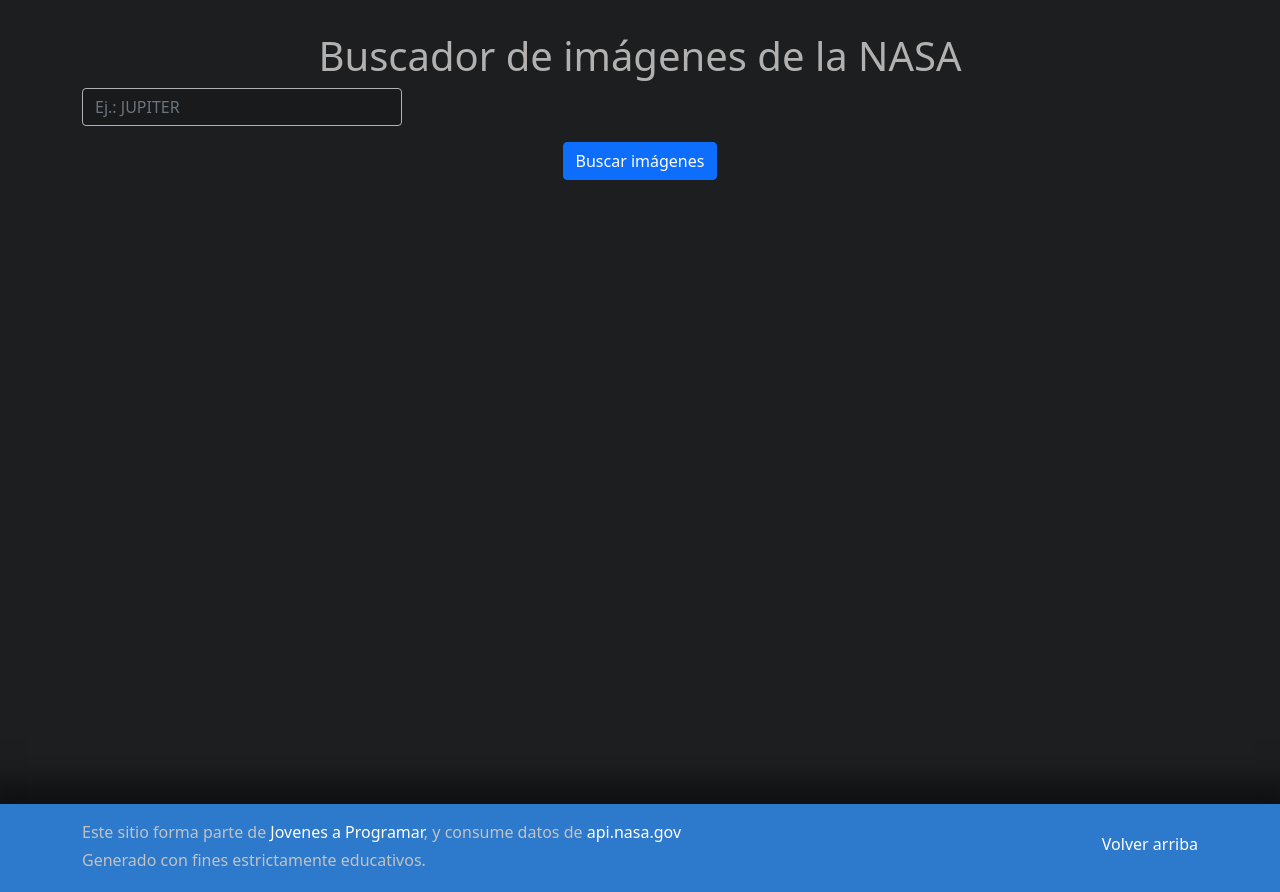
Repository: romancegirl/galaxies
Page: index.html
These files come from the project's save history. The page is drawn as it stood at one moment and after the next save; the edit follows.
The browser window is 1280 px wide. The pictures show the whole page.

Above is the page before, as saved 2024-11-30 04:21:58.

After the next save:
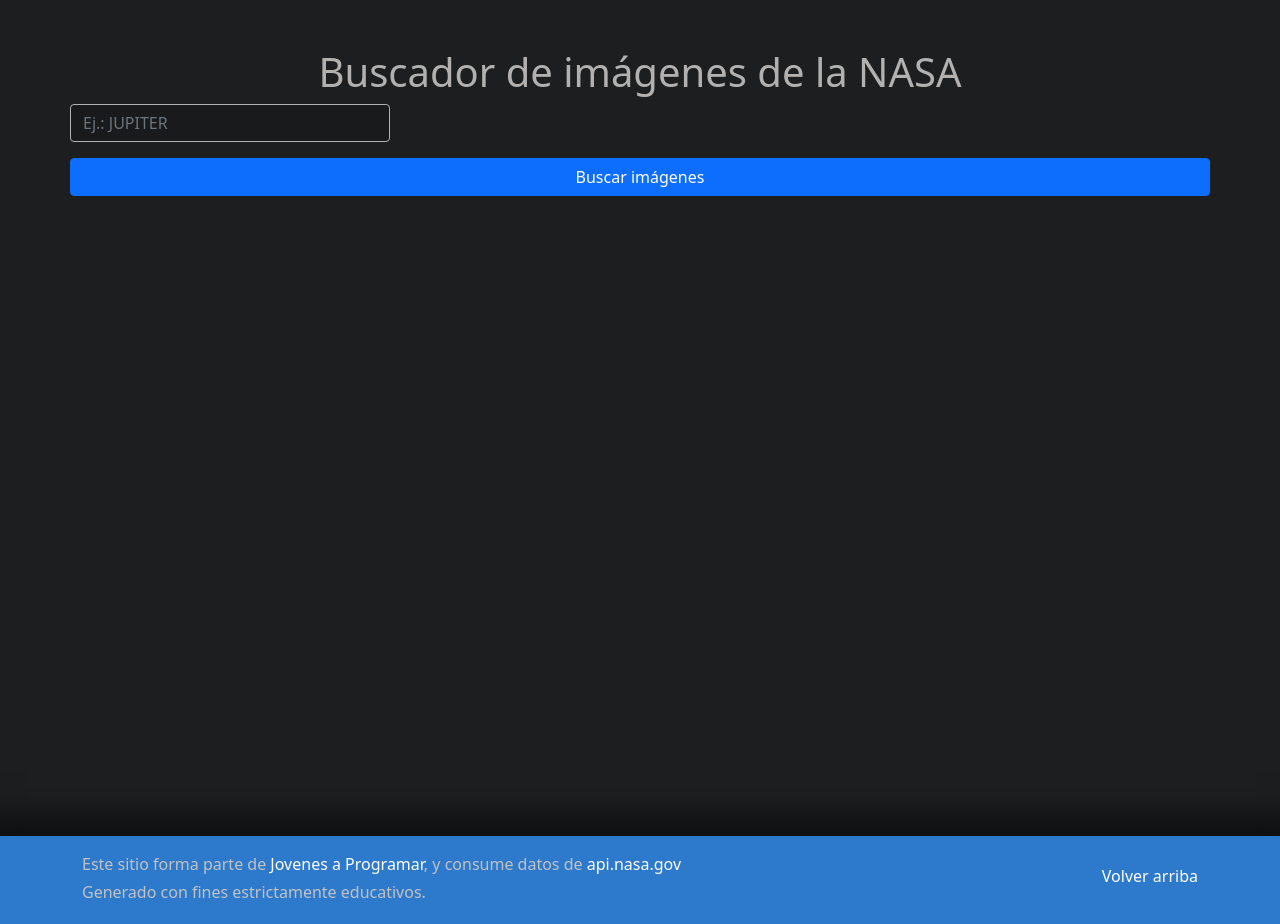
Saved 6 min 4 s later.
--- a/index.html
+++ b/index.html
@@ -15,9 +15,11 @@
   <header>
     <div class="d-flex justify-content-around align-items-center" id="intro">
       <div class="text-center container">
-        <h1 class="fw-light">Buscador de imágenes de la NASA</h1>
-        <input type="search" class="form-control" name="buscar" id="inputBuscar" placeholder="Ej.: JUPITER">
-        <button class="btn btn-primary my-2" id="btnBuscar">Buscar imágenes</button>
+        <div class="row py-lg-3">
+            <h1 class="fw-light">Buscador de imágenes de la NASA</h1>
+            <input type="search" class="form-control" name="buscar" id="inputBuscar" placeholder="Ej.: JUPITER">
+            <button class="btn btn-primary my-2" id="btnBuscar">Buscar imágenes</button>
+        </div>
       </div>
     </div>
   </header>
